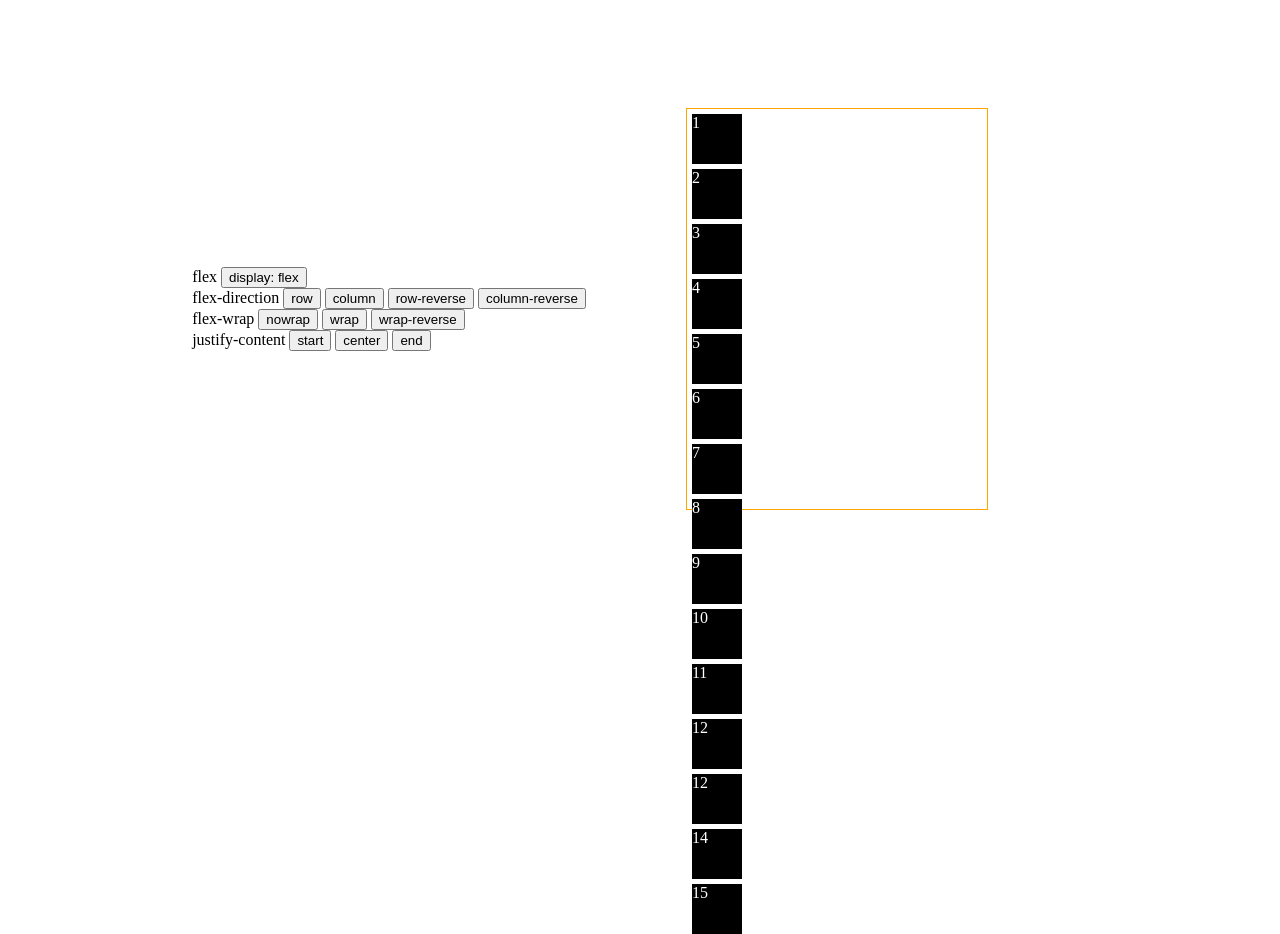
Repository: eeoooo/MINI-PROJECTS-HTML-CSS
Page: 220730-PracticeCSSFlex/index.html
The author's editor kept a copy of each file at every save. The page is drawn from the files as they stood at one save, then again after the next save.
The browser window is 1280 px wide. The pictures show the whole page.

Above is the page before, as saved 2022-07-30 19:41:35.

### 220730-PracticeCSSFlex/index.html
<!DOCTYPE html>
<html lang="en">
<head>
    <meta charset="UTF-8">
    <meta http-equiv="X-UA-Compatible" content="IE=edge">
    <meta name="viewport" content="width=device-width, initial-scale=1.0">
    <link rel="stylesheet" href="style.css">
    <script defer src="main.js"></script>
    <title>Document</title>
</head>
<body>
    <div class="buttons">
        <span class="flexSpan">flex</span>
        <button class="flexButton">display: flex</button>
        <div class="flex-directions">
            <span class="flex-direction">flex-direction</span>
            <button class="flex-direction-row">row</button>
            <button class="flex-direction-column">column</button>
            <button class="flex-direction-row-reverse">row-reverse</button>
            <button class="flex-direction-column-reverse">column-reverse</button>
        </div>
        <div class="flex-wraps">
            <span class="flex-wrap">flex-wrap</span>
            <button class="flex-wrap-nowrap">nowrap</button>
            <button class="flex-wrap-wrap">wrap</button>
            <button class="flex-wrap-wrap-reverse">wrap-reverse</button>
        </div>
        <div class="jutify-contents">
            <span class="justify-content">justify-content</span>
            <button class="justify-content-start">start</button>
            <button class="justify-content-center">center</button>
            <button class="justify-content-end">end</button>
        </div>
    </div>
    <div class="container">
        <div class="box">1</div>
        <div class="box">2</div>
        <div class="box">3</div>
        <div class="box">4</div>
        <div class="box">5</div>
        <div class="box">6</div>
        <div class="box">7</div>
        <div class="box">8</div>
        <div class="box">9</div>
        <div class="box">10</div>
        <div class="box">11</div>
        <div class="box">12</div>
        <div class="box">12</div>
        <div class="box">14</div>
        <div class="box">15</div>
    </div>
</body>
</html>

### 220730-PracticeCSSFlex/style.css
body {
  display: flex;
  justify-content: center;
  align-items: center;
}
.container {
  width: 300px;
  height: 400px;
  border: 1px solid orange;
  margin: 100px;
}
.box {
  width: 50px;
  height: 50px;
  background-color: black;
  color: white;
  margin: 5px;
}

### 220730-PracticeCSSFlex/main.js
let container = document.querySelector('.container');
let boxes = document.querySelectorAll('.box');

let buttonFlex = document.querySelector('.flexButton');
let buttonsFlexDirection = document.querySelector('.flex-directions');
let buttonsFlexWrap = document.querySelector('.flex-wraps');

let clicked = ''
function setClicked(clickedItem){
    if (clicked){
        clicked.style.backgroundColor = '';}
    clickedItem.style.backgroundColor = 'lightBlue';
    clickedItem.style.border = '1px solid gray';
    clickedItem.style.borderRadius = '3px';
    clicked = clickedItem;
}
buttonFlex.addEventListener('click', ()=>{
    if( container.style.display == 'flex'){
        container.style.display = '';
        buttonFlex.textContent = 'display: flex';
        setClicked(buttonFlex);
    } else if (container.style.display == ''){
        container.style.display = 'flex';
        buttonFlex.textContent = 'display: block';
        setClicked(buttonFlex);
    }
})

buttonsFlexDirection.addEventListener('click', event => {
    if (event.target.tagName == 'BUTTON'){
        switch (event.target.attributes.class.value){
            case 'flex-direction-row':
                container.style.flexDirection = 'row';
                break
            case 'flex-direction-column':
                container.style.flexDirection = 'column';
                break
            case 'flex-direction-row-reverse':
                container.style.flexDirection = 'row-reverse';
                break
            case 'flex-direction-column-reverse':
                container.style.flexDirection = 'column-reverse';
                break
        }
        setClicked(event.target);
    }
})

buttonsFlexWrap.addEventListener('click',(event)=>{
    if (event.target.tagName == 'BUTTON'){
        switch (event.target.attributes.class.value){
            case 'flex-wrap-nowrap':
                container.style.flexWrap = 'nowrap';
                break
            case 'flex-wrap-wrap':
                container.style.flexWrap = 'wrap';
                break
            case 'flex-wrap-wrap-reverse':
                container.style.flexWrap = 'wrap-reverse';
                break
        }
        setClicked(event.target);
    }
})

After the next save:
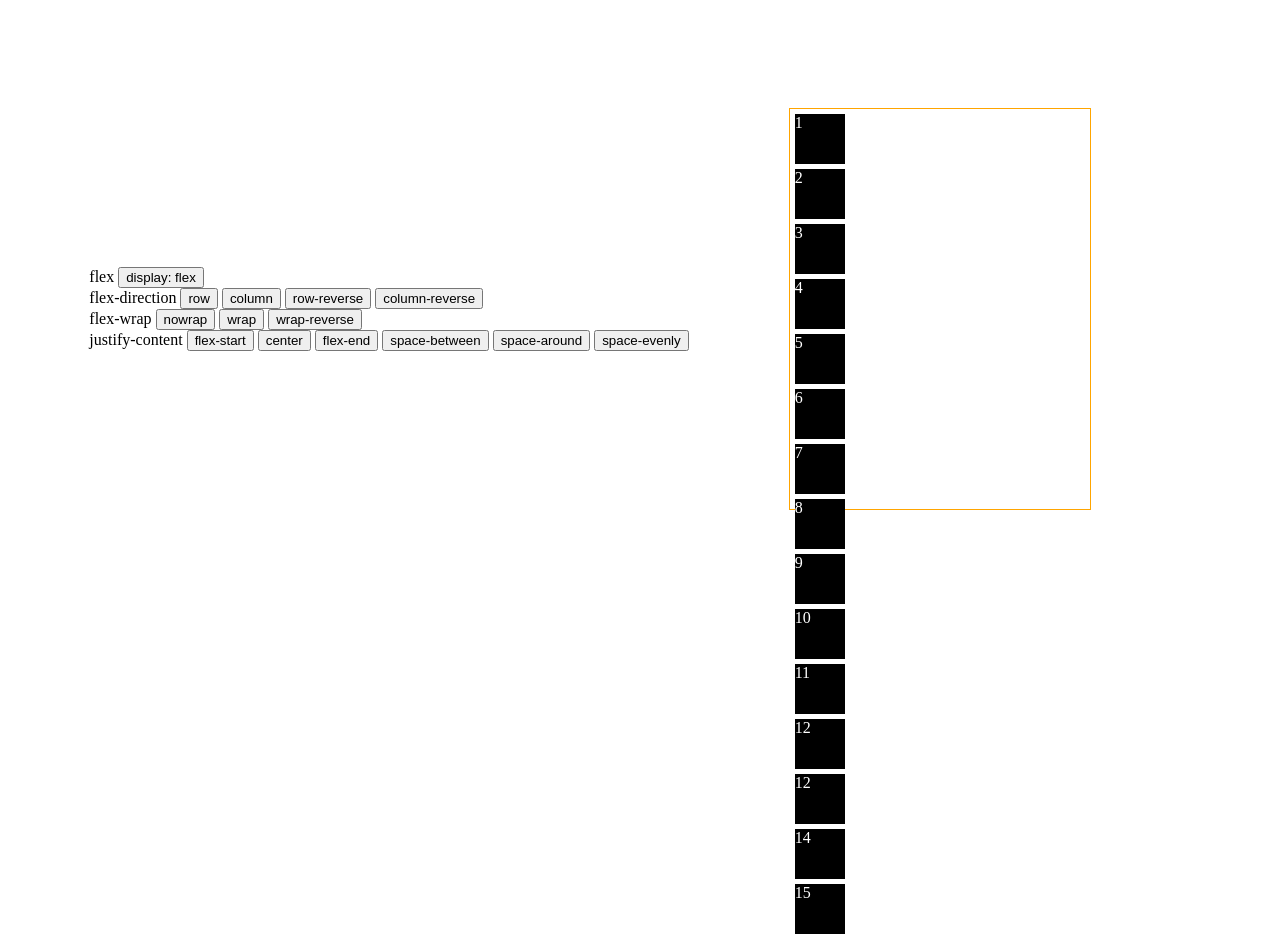
Saved 87 s later.
--- a/220730-PracticeCSSFlex/index.html
+++ b/220730-PracticeCSSFlex/index.html
@@ -27,9 +27,12 @@
         </div>
         <div class="jutify-contents">
             <span class="justify-content">justify-content</span>
-            <button class="justify-content-start">start</button>
+            <button class="justify-content-flex-start">flex-start</button>
             <button class="justify-content-center">center</button>
-            <button class="justify-content-end">end</button>
+            <button class="justify-content-flex-end">flex-end</button>
+            <button class="justify-content-space-between">space-between</button>
+            <button class="justify-content-space-around">space-around</button>
+            <button class="justify-content-space-evenly">space-evenly</button>
         </div>
     </div>
     <div class="container">
